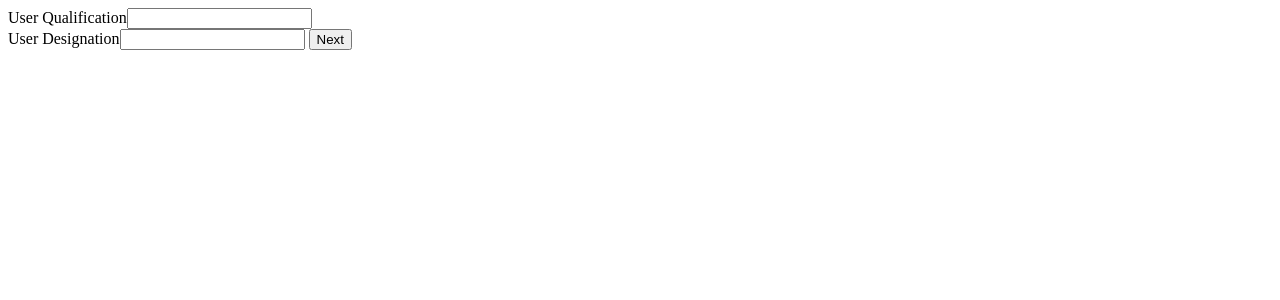
Repository: HashmiAalam/ServletBasicsByAlam
Page: com.dss.session/src/main/webapp/form3.html
An editor plug-in stored every save of this project. The page is shown before and after the next save, followed by the edit.
The browser window is 1280 px wide. The pictures show the whole page.

Above is the page before, as saved 2022-10-19 05:13:06.

### com.dss.session/src/main/webapp/form3.html
<!DOCTYPE html>
<html>
<body>
<form action="second.jsp" method="post">
User Qualification<input type="text" name="qualification"/><br>
User Designation<input type="text" name="designation"/>
<input type="submit" value="Next">
</form>
</body>
</html>

After the next save:
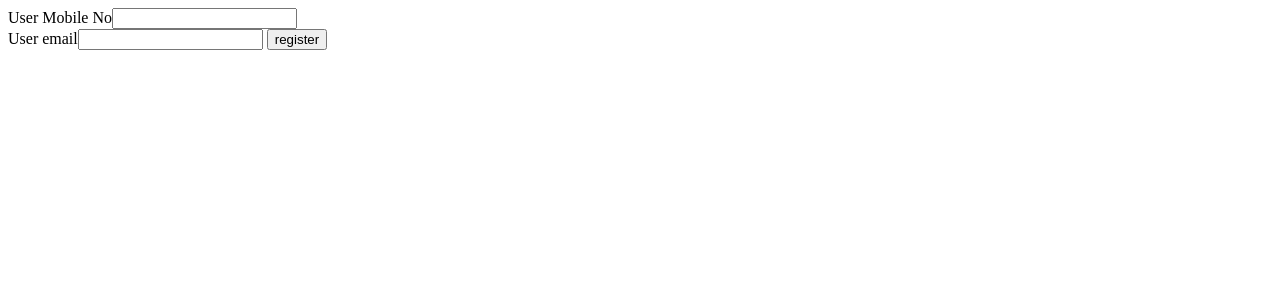
Saved 99 s later.
--- a/com.dss.session/src/main/webapp/form3.html
+++ b/com.dss.session/src/main/webapp/form3.html
@@ -1,10 +1,10 @@
 <!DOCTYPE html>
 <html>
 <body>
-<form action="second.jsp" method="post">
-User Qualification<input type="text" name="qualification"/><br>
-User Designation<input type="text" name="designation"/>
-<input type="submit" value="Next">
+<form action="desplay.jsp" method="post">
+User Mobile No<input type="text" name="mobile"/><br>
+User email<input type="text" name="email"/>
+<input type="submit" value="register">
 </form>
 </body>
 </html>
